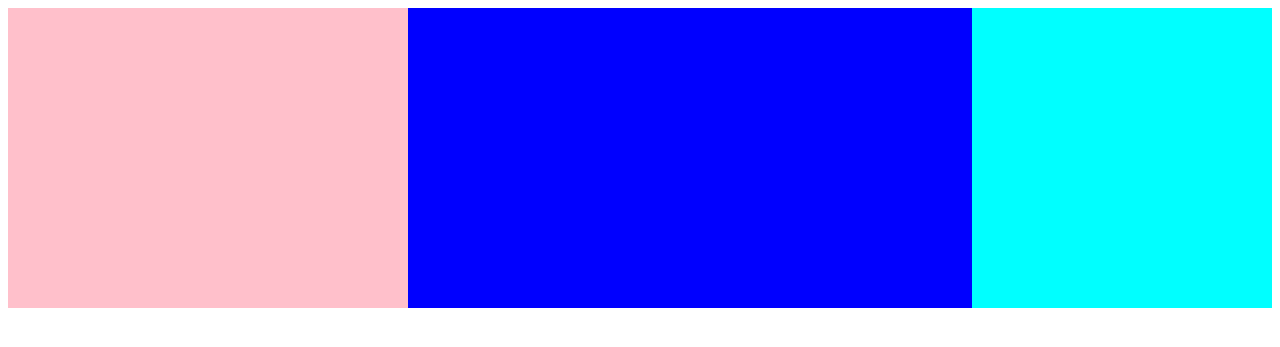
Repository: MMXiaohang/frontend-interview-coding
Page: 17.三栏布局.html
An editor plug-in stored every save of this project. The page is shown before and after the next save, followed by the edit.
The browser window is 1280 px wide. The pictures show the whole page.

Above is the page before, as saved 2022-03-31 17:00:37.

After the next save:
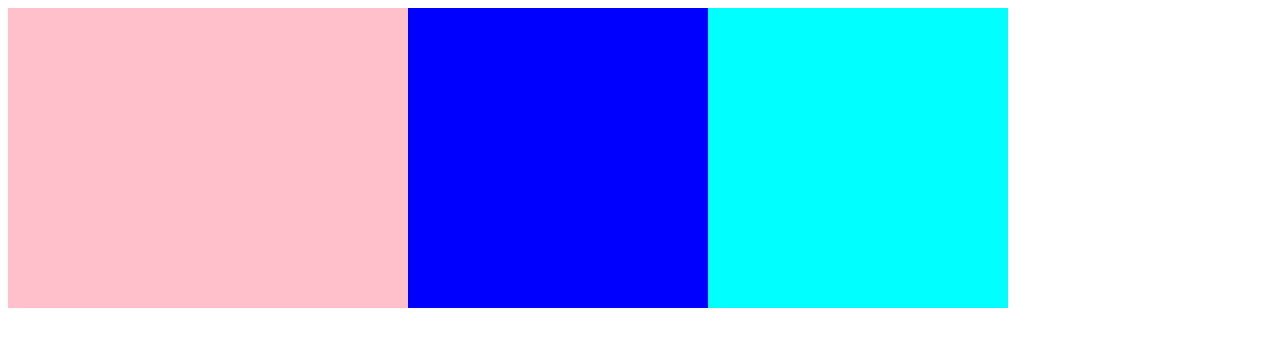
Saved 8 s later.
--- a/17.三栏布局.html
+++ b/17.三栏布局.html
@@ -24,7 +24,7 @@
         #center{
             /* overflow: auto; 1 */
             /* margin-left: 400px; 2 4*/
-            flex: 1 1 300px;
+            flex: 0 1 300px;
             height: 100%;
             background-color: blue;
         }

After the 2 saves that followed:
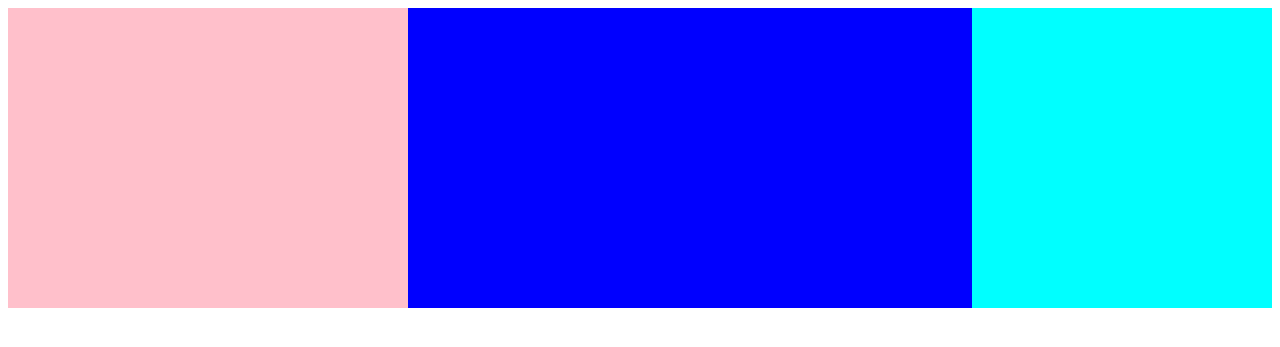
The 2 saves are shown as one change because 1 left the picture as it was.
The last was saved 54 s later.
--- a/17.三栏布局.html
+++ b/17.三栏布局.html
@@ -24,7 +24,7 @@
         #center{
             /* overflow: auto; 1 */
             /* margin-left: 400px; 2 4*/
-            flex: 0 1 300px;
+            flex: 1;
             height: 100%;
             background-color: blue;
         }
